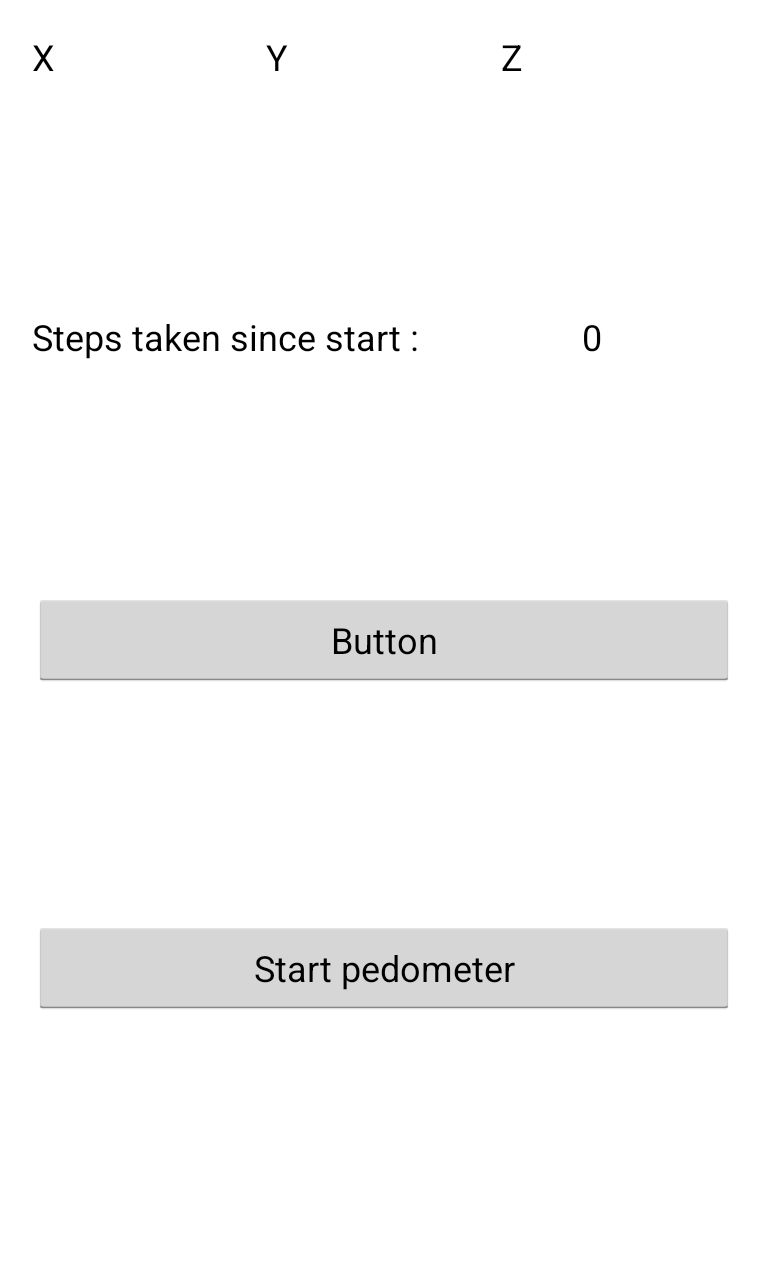
Repository: egelon/CardioAssistant
Layout: CardioAssistant/res/layout/activity_main.xml
An editor plug-in stored every save of this project. The layout is shown before and after the next save, followed by the edit.
It is drawn on a 768 x 1280 px phone screen (xhdpi) without system bars, with theme AppTheme; the app's code is not run.

Above is the layout before, as saved 2014-01-20 17:40:31.

### CardioAssistant/res/layout/activity_main.xml
<TableLayout xmlns:android="http://schemas.android.com/apk/res/android"
    xmlns:tools="http://schemas.android.com/tools"
    android:id="@+id/TableLayout1"
    android:layout_width="match_parent"
    android:layout_height="match_parent"
    android:paddingBottom="@dimen/activity_vertical_margin"
    android:paddingLeft="@dimen/activity_horizontal_margin"
    android:paddingRight="@dimen/activity_horizontal_margin"
    android:paddingTop="@dimen/activity_vertical_margin"
    tools:context=".MainActivity" >

    <TableRow
        android:id="@+id/tableRow1"
        android:layout_width="wrap_content"
        android:layout_height="0dp"
        android:layout_weight="1"
        android:baselineAligned="_baseline" >

        <TextView
            android:id="@+id/textViewX"
            android:layout_width="0dp"
            android:layout_height="wrap_content"
            android:layout_weight="1"
            android:text="@string/accelerometer_X"
            android:textAppearance="?android:attr/textAppearanceMedium" />

        <TextView
            android:id="@+id/textViewY"
            android:layout_width="0dp"
            android:layout_height="wrap_content"
            android:layout_weight="1"
            android:text="@string/accelerometer_Y"
            android:textAppearance="?android:attr/textAppearanceMedium" />

        <TextView
            android:id="@+id/textViewZ"
            android:layout_width="0dp"
            android:layout_height="wrap_content"
            android:layout_weight="1"
            android:text="@string/accelerometer_Z"
            android:textAppearance="?android:attr/textAppearanceMedium" />
    </TableRow>

    <TableRow
        android:id="@+id/tableRow2"
        android:layout_width="wrap_content"
        android:layout_height="0dp"
        android:layout_weight="1"
        android:baselineAligned="_baseline" >

        <TextView
            android:id="@+id/stepsTakenLabel"
            android:layout_width="wrap_content"
            android:layout_height="wrap_content"
            android:layout_weight="1"
            android:text="@string/steps_taken_label"
            android:textAppearance="?android:attr/textAppearanceMedium" />

        <TextView
            android:id="@+id/stepsTakenCounterLabel"
            android:layout_width="0dp"
            android:layout_height="wrap_content"
            android:layout_weight="1"
            android:text="@string/steps_taken_counter"
            android:textAppearance="?android:attr/textAppearanceMedium" />

    </TableRow>

    <TableRow
        android:id="@+id/tableRow3"
        android:layout_width="wrap_content"
        android:layout_height="0dp"
        android:layout_weight="1" >

        <Button
            android:id="@+id/buttonReset"
            android:layout_width="match_parent"
            android:layout_height="wrap_content"
            android:layout_weight="1"
            android:text="Button" />

    </TableRow>

    <TableRow
        android:id="@+id/tableRow4"
        android:layout_width="wrap_content"
        android:layout_height="0dp"
        android:layout_weight="1" >

        <Button
            android:id="@+id/buttonStart"
            android:layout_width="match_parent"
            android:layout_height="wrap_content"
            android:layout_weight="1"
            android:onClick="StartPedometerService"
            android:text="@string/start_pedometer" />
    </TableRow>

</TableLayout>

### CardioAssistant/res/values/strings.xml
<?xml version="1.0" encoding="utf-8"?>
<resources>

    <string name="app_name">Cardio Assistant</string>
    <string name="action_settings">Settings</string>
    <string name="hello_world">Hello world!</string>
    <string name="start_pedometer">Start pedometer</string>
    <string name="steps_taken_label">"Steps taken since start : "</string>
    <string name="steps_taken_counter">0</string>
    <string name="accelerometer_X">X</string>
    <string name="accelerometer_Y">Y</string>
    <string name="accelerometer_Z">Z</string>
    <string name="reset_pedometer">Reset count</string>

</resources>

Loaded but not shown: CardioAssistant/res/values/styles.xml (common file); CardioAssistant/res/values-v11/styles.xml (common file); CardioAssistant/res/values-v14/styles.xml (common file); CardioAssistant/res/values/dimens.xml (common file)

After the next save:
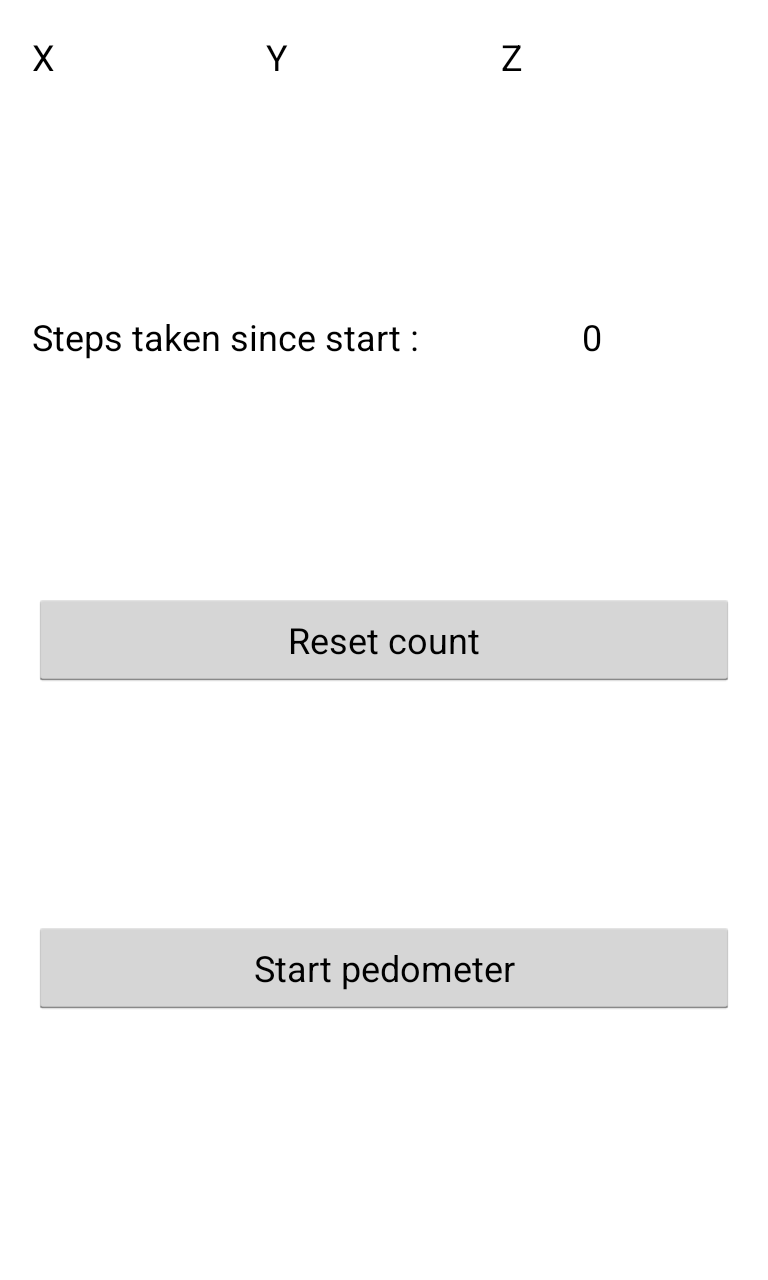
Saved 56 s later.
--- a/CardioAssistant/res/layout/activity_main.xml
+++ b/CardioAssistant/res/layout/activity_main.xml
@@ -67,6 +67,12 @@
     </TableRow>
 
     <TableRow
+        android:id="@+id/tableRow5"
+        android:layout_width="wrap_content"
+        android:layout_height="wrap_content" >
+    </TableRow>
+
+    <TableRow
         android:id="@+id/tableRow3"
         android:layout_width="wrap_content"
         android:layout_height="0dp"
@@ -77,7 +83,7 @@
             android:layout_width="match_parent"
             android:layout_height="wrap_content"
             android:layout_weight="1"
-            android:text="Button" />
+            android:text="@string/reset_pedometer" />
 
     </TableRow>
 
